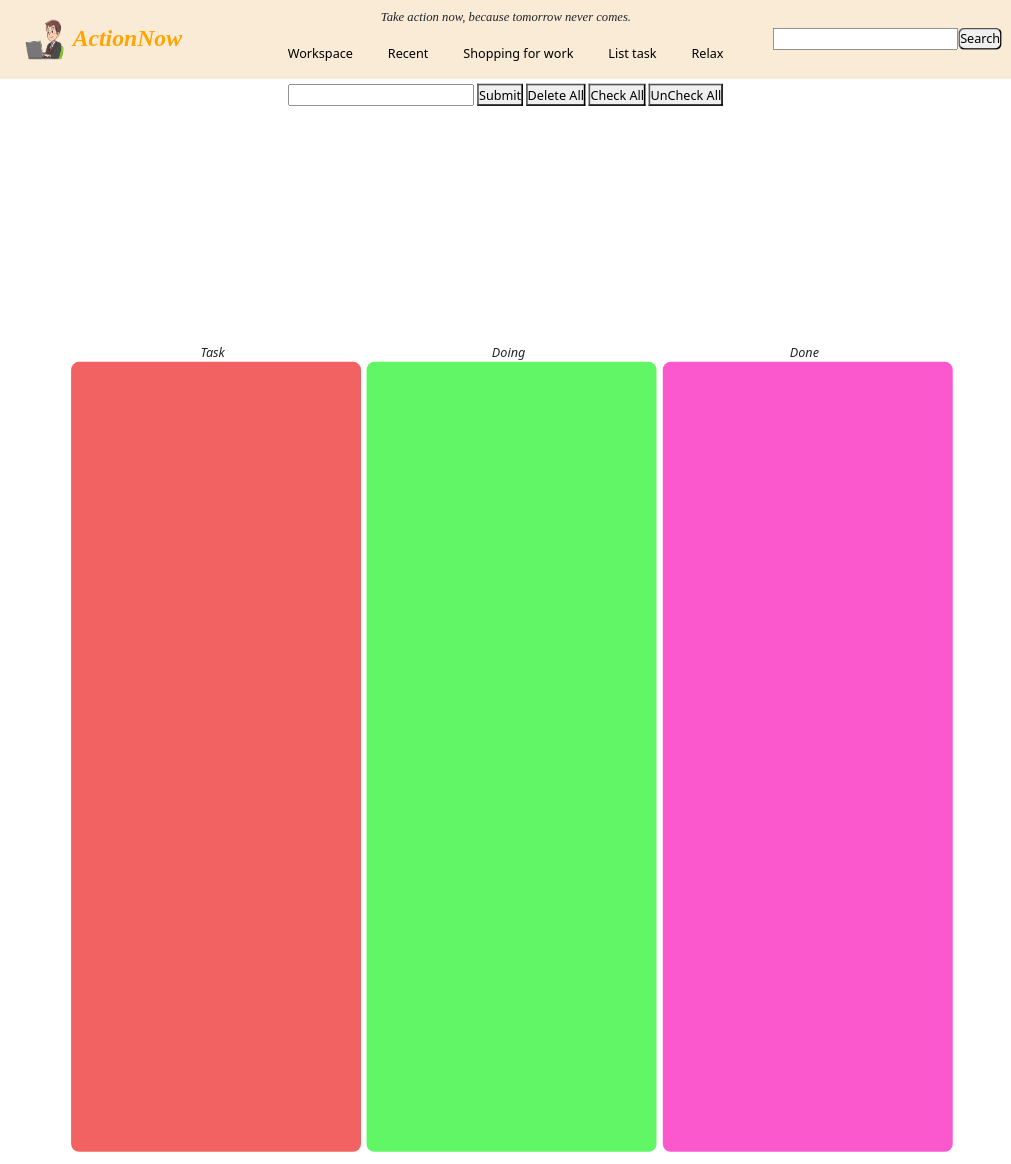
Repository: huavantinh/todo
Page: index.html
The author's editor kept a copy of each file at every save. The page is drawn from the files as they stood at one save, then again after a run of saves.
The browser window is 1280 px wide. The pictures show the whole page, at 79% of full size.

Above is the page before, as saved 2023-04-07 10:02:05.

### index.html
<!DOCTYPE html>
<html lang="en">

<head>
  <meta charset="UTF-8" />
  <meta http-equiv="X-UA-Compatible" content="IE=edge" />
  <meta name="viewport" content="width=device-width, initial-scale=1.0" />
  <title>Document</title>
  <link rel="stylesheet" href="./css/style.css" />
  <link rel="stylesheet" href="https://cdn.jsdelivr.net/npm/bootstrap@5.2.3/dist/css/bootstrap.min.css"
    integrity="sha384-rbsA2VBKQhggwzxH7pPCaAqO46MgnOM80zW1RWuH61DGLwZJEdK2Kadq2F9CUG65" crossorigin="anonymous" />
</head>

<body>
  <nav class="nav-bar navbar navbar-default">
    <div class="container-fluid">
      <div class="brand">
        <!-- line1top -->
        <img src="./css/img/logo-brand.png" alt="Brand" />
        <i id="i1">ActionNow</i>
        <i id="i2">Take action now, because tomorrow never comes.</i>
        <!-- search  -->
        <div class="search-box">
          <input type="text" />
          <button>Search</button>
        </div>
      </div>
      <!-- menu  -->
      <div class="nav-menu">
        <div class="list-menu">
          <a href="">Workspace</a>
          <a href="">Recent</a>
          <a href="">Shopping for work</a>
          <a href="">List task</a>
          <a href="">Relax</a>
        </div>
      </div>
    </div>
  </nav>
  <div>

    <div class="container">
      <div class="add">
        <div class="box-add">
          <div class="d-inline-block position-relative">
            <input id="input-sub" type="text" />
            <span style="
                  color: #656966;
                  font-size: 10px;
                  position: absolute;
                  bottom: 0;
                  right: 0;
                " class="message" id="new-task-message">Please enter new task!</span>
          </div>

          <button id="button-submit" onclick="submit()">Submit</button>
          <button id="delete" onclick="deleteAll()">Delete All</button>
          <button id="checkall" onclick="checkAll(this)">Check All</button>
          <button id="uncheckall" onclick="unCheckAll(this)">
            UnCheck All
          </button>
        </div>
      </div>
      <div class="table">
        <div class="tasklist col-list">
          <i id="i1">Task</i>
          <div id="products" class="col-item col-1"></div>
        </div>

        <div class="doinglist col-list">
          <i id="i2">Doing</i>
          <div id="idoing" class="col-item col-2"></div>
        </div>

        <div class="donelist col-list">
          <i id="i3">Done</i>
          <div id="idoing" class="col-item col-3"></div>
        </div>

      </div>
    </div>
  </div>
  </div>

  <script src="https://code.jquery.com/jquery-3.6.4.min.js"
    integrity="sha256-oP6HI9z1XaZNBrJURtCoUT5SUnxFr8s3BzRl+cbzUq8=" crossorigin="anonymous"></script>
  <script type="text/javascript" src="https://cdn.jsdelivr.net/npm/bootstrap@5.2.3/dist/js/bootstrap.min.js"></script>
  <script src="./app.js"></script>
</body>

</html>

### css/style.css
/* resetcss */
*{
    padding: 0;
    margin: 0;
}

/* Nav */
.container-fluid{
    position: fixed;
    top: 0;
    left: 0;
    right: 0;
    z-index: 99999;
    background-color: antiquewhite;
}


.brand{
    position: relative;
    display: flex;
    width: 100%;
    height: 50px;
}
.nav-menu{
    display: flex;
    justify-content: center;
    width: 100%;
    height: 50px;
    border-radius: 10px;
}
.nav-menu .list-menu{
    position: absolute;
    justify-content: center;
    align-items: center;
    margin-top: 5px;
}
.nav-menu .list-menu a{
    color: black;
    text-decoration: none;
    font-family: inherit;
    font-weight: 450;
    margin: 0 20px;
}
.brand .search-box{
    justify-content: center;
    align-items: center;
    position: absolute;
    right: 0;
    top: 70%;
    display: flex;
    border: none;
    cursor: pointer;
}

.search-box button {
    border-radius: 8px;
}

.search-box button:hover {
    background-color:orange;;
    border-radius: 8px;
}
.brand img {
    position: relative;
    left: 20px;
    position: relative;
    top: 50%;
    width: 50px;
    height: 50px;
    border-color: orange;
}
.brand #i1{
    position: relative;
    left: 20px;
    top: 30%;
    margin: 10px;
    float: left;
    width: 390px;
    max-width: 400px;
    font-size: 30px;
    color: orange;
    font-family: cursive;
    font-weight: 700;
}

.brand #i2{
    justify-content: center;
    align-items: center;
    margin: 10px;
    width: 390px;
    max-width: 400px;
    font-family: cursive;
    font-weight: 500;
}

body{
    position: relative;
    padding-top: 90px;
}


/* content  */
.add  {
    display: flex;
}
.box-add{
    margin: auto ;
}

.message
{
    display: none;
}
.error-message {
    display: inline;;
}

.table {
    display: flex;
    width: 100%;
    position: relative;
}

.table .col-list {
    width: 100% / 3;
    margin-top: 300px;
}

.table .col-item {
    display: flex;
    float: left;
    width: calc(1116px / 3 - 5px );
    height: 1000px;
    justify-content: center;
    background-color: rgb(231, 227, 108);
    border-radius: 10px;
    margin-left: 7.5px;
}

.table .col-2 {
    background-color: rgb(96, 246, 101);
}

.table .col-3 {
    background-color: rgb(252, 88, 206);
}


.table .col-list i {
    display: block;
    text-align: center;;
}

.tasklist #products {
    float: left;
    border-radius: 10px;
    width: calc(1116px / 3 - 5px );
    justify-content: center;
    background-color: rgb(243, 98, 98);
    display: inline;
}

#products .product1 {
    position: relative;
    margin-left: 10px;
    border-bottom: 1px solid #636363 ;
    height: 30px;
    align-items: center;
    display: flex;
}
#products .product1 .taskname{
    position: absolute;
    text-overflow: clip;
    display: block;
    width: 75%;
    top: 2px;
}

.checkbox {
    position: absolute;
    margin-right: 10px;
    color: aquamarine;
    right: 70px;
    top: 8px;
}

.product1 button {
    border-radius: 10px;
    background-color: #d6d6d6;
    max-height: 90%;
    position: absolute;
    margin-left: 280px;
}

### app.js
let todos =
  localStorage && localStorage.getItem("todolist")
    ? JSON.parse(localStorage.getItem("todolist"))
    : [];

function submit() {
  let textBox = document.getElementById("input-sub");
  let content = textBox.value;
  let randId = Math.random(); // 0.1235
  document.getElementById("new-task-message").classList.add("error-message");
  if (content == "") {
    onkeydown = function () {
      document
        .getElementById("new-task-message")
        .classList.remove("error-message");
    };
    return;
  } else {
    addContent(content, randId);

    textBox.value = "";

    //f5 =>
    todos.push(content);
    setstorages()
  }
}

function setstorages() {
  localStorage && localStorage.setItem("todolist", JSON.stringify(todos));
}

function addContent(content, randId) {
  document.getElementById("new-task-message").classList.remove("error-message");

  $("#products").append(
    '<div style="color: black" class="product1" id="row' + randId + '">' +
      '<div class="taskname">' + content + '</div>' +
      '<div class="checkbox-item"><input id="' +
      '"  class="checkbox" type="checkbox"  onclick="checkItem(event)"/></div> <button class"delete-item" onclick="deleteItem(event)">Delete</button>' +
      "</div>"
  );
}

function deleteAll() {
  var products = document.getElementById("products");
  products.innerHTML = "";
}

function checkAll() {
  var checkboxes = document.getElementsByClassName("checkbox");
  for (var checkbox of checkboxes) {
    checkbox.checked = true;
    checkbox.closest("div").parentNode.style.color = "red";
  }
}

function unCheckAll() {
  var checkboxes = document.getElementsByClassName("checkbox");
  for (var checkbox of checkboxes) {
    checkbox.checked = false;
    checkbox.closest("div").parentNode.style.color = "orange";
  }
}
var textBox2 = document.getElementById("input-sub");
textBox2.addEventListener("keyup", function (event) {
  if (event.keyCode === 13) {
    submit();
  }
});

function deleteItem(event) {
  var products = document.getElementById("products");
  var arraypro= document.getElementsByClassName("product1");
  var div = event.currentTarget.parentNode;
  console.log(div)
  // debugger;
  // console.log(idiv);
  let index1 = Array.prototype.indexOf.call(arraypro, div );
  // let index = todos.indexOf(tex)
  let index2 = Array.prototype.indexOf.call(todos, index1);
  // console.log(index);
  console.log(index2);

  todos.splice(index2,1);
  products.removeChild(div);
  setstorages()
}


function checkItem(event) {
  var currenti = event.currentTarget;
  var color = currenti.checked ? "red" : "orange";
  var bgcolor = currenti.checked ? "blue" : "";
  currenti.closest("div").parentNode.style.color = color;
  currenti.closest("div").parentNode.style.backgroundColor = bgcolor;
}

document.addEventListener("DOMContentLoaded", function () {
  if (Array.isArray && todos.length > 0) {
    todos.forEach(function printlocal(content, index) {
      addContent(content, index);
    });
  }
});

After the next 3 saves:
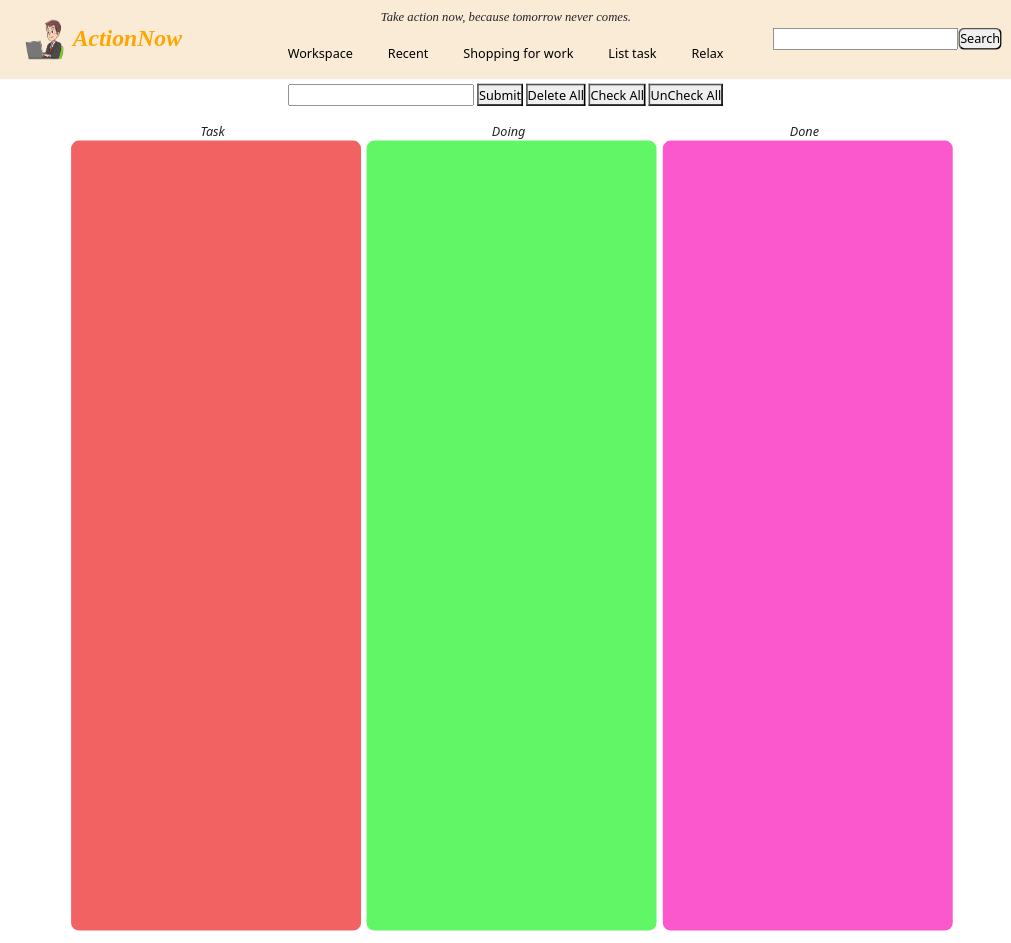
The 3 saves are shown as one change because they came seconds apart.
The last was saved 20 s later.
--- a/css/style.css
+++ b/css/style.css
@@ -123,7 +123,7 @@ body{
 
 .table .col-list {
     width: 100% / 3;
-    margin-top: 300px;
+    margin-top: 20px;
 }
 
 .table .col-item {
